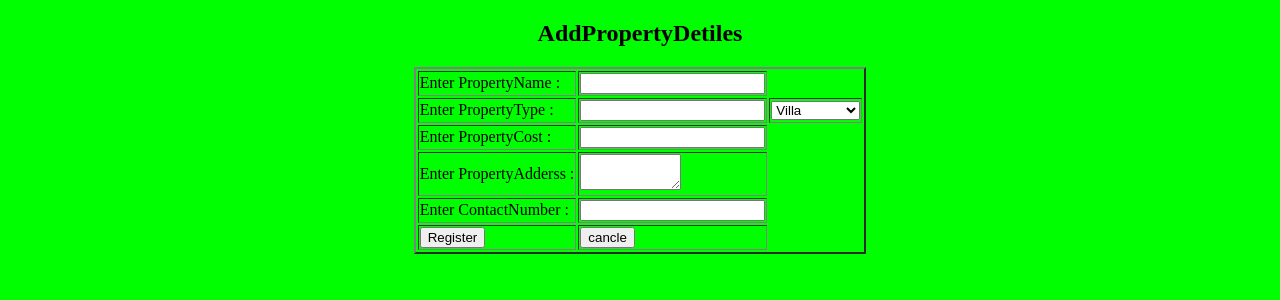
Repository: khadri2021/A2023_Task_Property_Management
Page: http://localhost/AdderssMakersWeb/Add.jsp
These files come from the project's save history. The page is drawn as it stood at one moment and after the next save; the edit follows.
The browser window is 1280 px wide. The pictures show the whole page.
The page is served by Tomcat 9. Other server files are loaded and not shown.

Above is the page before, as saved 2024-02-11 11:46:58.

### AdderssMakersWeb/WebContent/Add.jsp
<%@ page language="java" contentType="text/html; charset=ISO-8859-1"
    pageEncoding="ISO-8859-1"%>
<!DOCTYPE html>
<html>
<head>
<meta charset="ISO-8859-1">
<title>ADD PropertyDetiles</title>
</head>
<body bgcolor ="#00FF00">
<dev align=center>
 <h2>AddPropertyDetiles</h2>
 </dev>
 <center>
<table border="2">
<tr>
<td>Enter PropertyName :</td>
<td><input type="text" name="ProName"></td>

</tr>
<tr>
<td>Enter PropertyType :</td>
<td><input type="text" name="ProType"></td>
<td>
<select name="Types">
<option value="Villa">Villa
<option value="Gesthouse">GestHouse
<option value="Villa">Villa
<option value="Villa">Villa
<option value="House">House
</td>



</select>






</td>
</tr>
<tr>
<td>Enter PropertyCost :</td>
<td><input type="text" name="ProCost"></td>
</tr>
<tr>
<td>Enter PropertyAdderss :</td>
<td><textarea rows="2" cols="10"></textarea></td>
</tr>
<tr>
<td>Enter ContactNumber :</td>
<td><input type="number" name="con"></td>
</tr>
<tr><td> <input type="button" value="Register"></td><td> <input type="button" value="cancle"></td></tr>


</table>
</center>
</body>
</html>

After the next save:
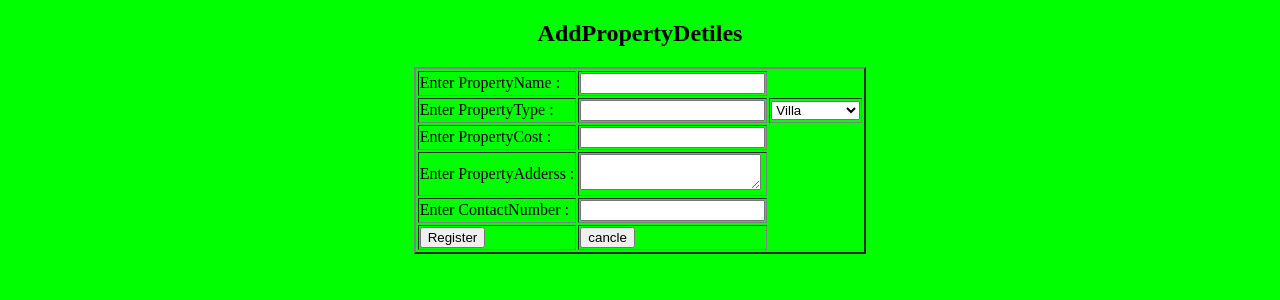
Saved 28 s later.
--- a/AdderssMakersWeb/WebContent/Add.jsp
+++ b/AdderssMakersWeb/WebContent/Add.jsp
@@ -46,7 +46,7 @@
 </tr>
 <tr>
 <td>Enter PropertyAdderss :</td>
-<td><textarea rows="2" cols="10"></textarea></td>
+<td><textarea rows="2" cols="20"></textarea></td>
 </tr>
 <tr>
 <td>Enter ContactNumber :</td>
